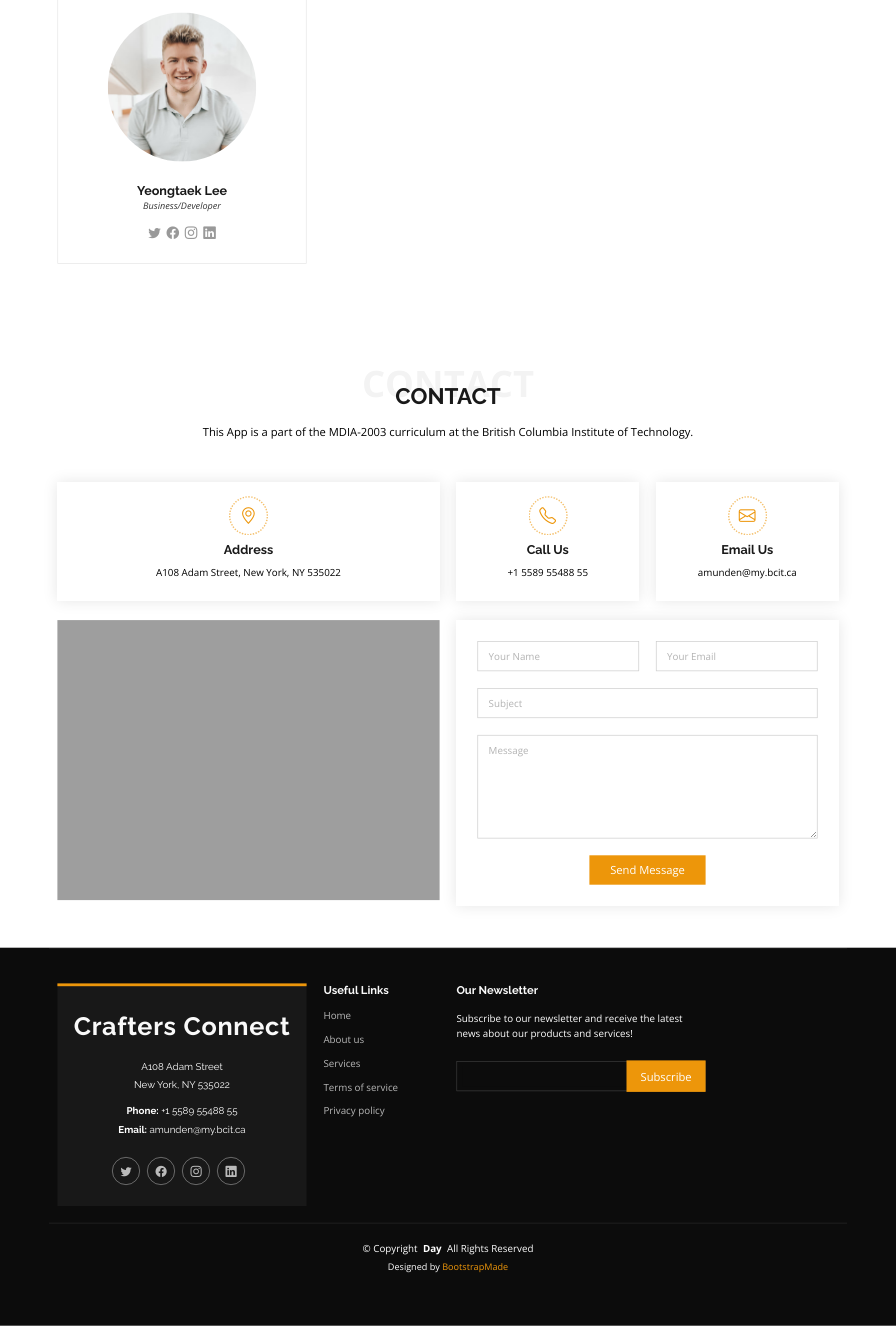
Repository: alemunden/Crafter-Connect-Marketing-Website
Page: index.html
The author's editor kept a copy of each file at every save. The page is drawn from the files as they stood at one save, then again after the next save.
The browser window is 1280 px wide. The pictures show the part of the page from y = 3037 to 4957 px (the page is 4931 px tall before and 4957 px after), at 70% of full size.
Pictures or frames that could not be fetched are drawn as grey boxes. A picture or video elsewhere on the page could not be fetched, so the positions and the page height are approximate.

Above is the page before, as saved 2024-05-14 23:11:54.

### index.html
<!DOCTYPE html>
<html lang="en">

<head>
  <meta charset="utf-8">
  <meta content="width=device-width, initial-scale=1.0" name="viewport">
  <title>Crafters Connect</title>
  <meta content="" name="description">
  <meta content="" name="keywords">

  <!-- Favicons -->
  <link href="assets/img/favicon.png" rel="icon">
  <link href="assets/img/apple-touch-icon.png" rel="apple-touch-icon">

  <!-- Fonts -->
  <link href="https://fonts.googleapis.com" rel="preconnect">
  <link href="https://fonts.gstatic.com" rel="preconnect" crossorigin>
  <link href="https://fonts.googleapis.com/css2?family=Open+Sans:ital,wght@0,300;0,400;0,500;0,600;0,700;0,800;1,300;1,400;1,500;1,600;1,700;1,800&family=Poppins:ital,wght@0,100;0,200;0,300;0,400;0,500;0,600;0,700;0,800;0,900;1,100;1,200;1,300;1,400;1,500;1,600;1,700;1,800;1,900&family=Raleway:ital,wght@0,100;0,200;0,300;0,400;0,500;0,600;0,700;0,800;0,900;1,100;1,200;1,300;1,400;1,500;1,600;1,700;1,800;1,900&display=swap" rel="stylesheet">

  <!-- Vendor CSS Files -->
  <link href="assets/vendor/bootstrap/css/bootstrap.min.css" rel="stylesheet">
  <link href="assets/vendor/bootstrap-icons/bootstrap-icons.css" rel="stylesheet">
  <link href="assets/vendor/aos/aos.css" rel="stylesheet">
  <link href="assets/vendor/swiper/swiper-bundle.min.css" rel="stylesheet">
  <link href="assets/vendor/glightbox/css/glightbox.min.css" rel="stylesheet">

  <!-- Main CSS File -->
  <link href="assets/css/main.css" rel="stylesheet">

  <!-- =======================================================
  * Template Name: Day
  * Template URL: https://bootstrapmade.com/day-multipurpose-html-template-for-free/
  * Updated: May 10 2024 with Bootstrap v5.3.3
  * Author: BootstrapMade.com
  * License: https://bootstrapmade.com/license/
  ======================================================== -->
</head>

<body class="index-page">

  <header id="header" class="header fixed-top">

    <div class="topbar d-flex align-items-center">
      <div class="container d-flex justify-content-center justify-content-md-between">
        <div class="contact-info d-flex align-items-center">
          <i class="bi bi-envelope d-flex align-items-center"><a href="mailto:contact@example.com">contact@crafterconnect.com</a></i>
          <i class="bi bi-phone d-flex align-items-center ms-4"><span>+1 5589 55488 55</span></i>
        </div>
        <div class="social-links d-none d-md-flex align-items-center">
          <a href="#" class="twitter"><i class="bi bi-twitter"></i></a>
          <a href="#" class="facebook"><i class="bi bi-facebook"></i></a>
          <a href="#" class="instagram"><i class="bi bi-instagram"></i></a>
          <a href="#" class="linkedin"><i class="bi bi-linkedin"></i></a>
        </div>
      </div>
    </div><!-- End Top Bar -->

    <div class="branding d-flex align-items-center">

      <div class="container position-relative d-flex align-items-center justify-content-between">
        <a href="index.html" class="logo d-flex align-items-center">
          <!-- Uncomment the line below if you also wish to use an image logo -->
          <!-- <img src="assets/img/logo.png" alt=""> -->
          <h1 class="sitename">Crafters Connect</h1>
        </a>

        <nav id="navmenu" class="navmenu">
          <ul>
            <li><a href="#hero" class="">Home</a></li>
            <li><a href="#about">About</a></li>
            <li><a href="#team">Team</a></li>
            <li><a href="#contact">Contact</a></li>
          </ul>
          <i class="mobile-nav-toggle d-xl-none bi bi-list"></i>
        </nav>
      </div>

    </div>

  </header>

  <main class="main">

    <!-- Hero Section -->
    <section id="hero" class="hero section">

      <img src="assets/img/hero-bg.jpg" alt="" data-aos="fade-in">

      <div class="container" data-aos="fade-up" data-aos-delay="100">
        <div class="row justify-content-start">
          <div class="col-lg-8">
            <h2 class="">Welcome to Crafters Connect</h2>
            <p>A collaborative platform for all things DIY</p>
            <a href="#about" class="btn-get-started">Get Started</a>
          </div>
        </div>
      </div>

    </section><!-- /Hero Section -->

    <!-- About Section -->
    <section id="about" class="about section">

      <!-- Section Title -->
      <div class="container section-title" data-aos="fade-up">
        <span class="">About Us<br></span>
        <h2 class="">About Us<br></h2>
        <p>We want to help make your collaborative projects easier- for everyone.</p>
      </div><!-- End Section Title -->

      <div class="container">

        <div class="row gy-4">

          <div class="col-lg-6 order-1 order-lg-2" data-aos="fade-up" data-aos-delay="100">
            <video src="assets/img/Final.mp4" class="img-fluid" alt="" autoplay muted loop>
          </div>

          <div class="col-lg-6 order-2 order-lg-1 content" data-aos="fade-up" data-aos-delay="200">
            <h3>An All-Purpose App</h3>
            <p class="fst-italic">
              Crafter Connect is an app designed by creators, for creators.
            </p>
            <ul>
              <li><i class="bi bi-check-circle"></i> <span>Real-time editing and sharing of files between collaborators</span></li>
              <li><i class="bi bi-check-circle"></i> <span>Project progress indicators</span></li>
              <li><i class="bi bi-check-circle"></i> <span>A community full of artists and creators ready to share their projects</span></li>
            </ul>
          </div>

        </div>

      </div>

    </section><!-- /About Section -->

    <!-- Cards Section -->
    <section id="cards" class="cards section">

      <div class="container">

        <div class="row no-gutters">

          <div class="col-lg-4 col-md-6 card" data-aos="fade-up" data-aos-delay="100">
            <span>01</span>
            <h4>Create Projects</h4>
            <p>Start a DIY project in our app using our innovative tools such as a built-in tutorial editor and a video section.</p>
          </div><!-- End Card Item -->

          <div class="col-lg-4 col-md-6 card" data-aos="fade-up" data-aos-delay="200">
            <span>02</span>
            <h4>Invite Collaborators</h4>
            <p>Invite other creators and collaborators to work together on something you love.</p>
          </div><!-- End Card Item -->

          <div class="col-lg-4 col-md-6 card" data-aos="fade-up" data-aos-delay="300">
            <span>03</span>
            <h4>Set Milestones</h4>
            <p>Create milestones to gauge your progress in a way that feels more rewarding than just a simple to-do list.</p>
          </div><!-- End Card Item -->

          <div class="col-lg-4 col-md-6 card" data-aos="fade-up" data-aos-delay="400">
            <span>04</span>
            <h4>Manage Your Files</h4>
            <p>Add, remove, and edit files related to your project all in real-time with your fellow collaborators in a shared space.</p>
          </div><!-- End Card Item -->

          <div class="col-lg-4 col-md-6 card" data-aos="fade-up" data-aos-delay="400">
            <span>05</span>
            <h4>Share Your Creations</h4>
            <p>Share your projects with the world, whether it's on our creator community or on other platforms.</p>
          </div><!-- End Card Item -->

          <div class="col-lg-4 col-md-6 card" data-aos="fade-up" data-aos-delay="600">
            <span>06</span>
            <h4>Visit the Community</h4>
            <p>Discover a dedicated community of other creators and their DIY projects in our community posts.</p>
          </div><!-- End Card Item -->

        </div>

      </div>

    </section><!-- /Cards Section -->

    <!-- Call To Action Section -->
    <section id="call-to-action" class="call-to-action section">

      <div class="container">
        <div class="row justify-content-center" data-aos="zoom-in" data-aos-delay="100">
          <div class="col-xl-10">
            <div class="text-center">
              <h3>About our App</h3>
              <p>Crafters Connect is a collaborative platform for any and all Do-It-Yourself projects from home improvement to everyday crafting. Create a central place to share anything and everything about your project, and invite other collaborators to help work with you, share their project, and update important milestones. Once you've completed something, why not share it with the world? Crafters Connect features a community of creators and crafters just like you who are eager to put their creations out there using our dedicated community forum and posts. Whether you are a real hard worker, a casual crafter, or even just someone who likes to help out others, Crafters Connect has a place for you.</p>
            </div>
            <div class="text-center">
              <h3>Links</h3>
              <p>Try out Crafters Connect <a href="https://www.figma.com/proto/7NULAtnjrj1iwbcx0juovm/Crafter-Connect-IDSP?node-id=1-3088&t=H73n4CwWE8gxTK0F-1&scaling=scale-down&page-id=0%3A1&starting-point-node-id=1%3A3088" class="prototype-link">here!</a></p>
            </div>
          </div>
        </div>
      </div>

    </section><!-- /Call To Action Section -->

    <!-- Team Section -->
    <section id="team" class="team section">

      <!-- Section Title -->
      <div class="container section-title" data-aos="fade-up">
        <span class="">Team</span>
        <h2>Team</h2>
        <p>The people behind our app!</p>
      </div><!-- End Section Title -->

      <div class="container">

        <div class="row">

          <div class="col-lg-4 col-md-6 d-flex" data-aos="fade-up" data-aos-delay="100">
            <div class="member">
              <img src="assets/img/team/KateHeadshot.jpg" class="img-fluid" alt="">
              <div class="member-content">
                <h4>Katelyn Starchuk</h4>
                <span>UX/UI/User Research</span>
                <div class="social">
                  <a href=""><i class="bi bi-twitter"></i></a>
                  <a href=""><i class="bi bi-facebook"></i></a>
                  <a href=""><i class="bi bi-instagram"></i></a>
                  <a href=""><i class="bi bi-linkedin"></i></a>
                </div>
              </div>
            </div>
          </div><!-- End Team Member -->

          <div class="col-lg-4 col-md-6 d-flex" data-aos="fade-up" data-aos-delay="200">
            <div class="member">
              <img src="assets/img/team/sandyphoto.jpg" class="img-fluid" alt="">
              <div class="member-content">
                <h4>Sandy San</h4>
                <span>Developer</span>
                <div class="social">
                  <a href=""><i class="bi bi-twitter"></i></a>
                  <a href=""><i class="bi bi-facebook"></i></a>
                  <a href=""><i class="bi bi-instagram"></i></a>
                  <a href=""><i class="bi bi-linkedin"></i></a>
                </div>
              </div>
            </div>
          </div><!-- End Team Member -->

          <div class="col-lg-4 col-md-6 d-flex" data-aos="fade-up" data-aos-delay="300">
            <div class="member">
              <img src="assets/img/team/team-3.jpg" class="img-fluid" alt="">
              <div class="member-content">
                <h4>Alejandra Munden</h4>
                <span>Graphics/Creative Designer</span>
                <div class="social">
                  <a href=""><i class="bi bi-twitter"></i></a>
                  <a href=""><i class="bi bi-facebook"></i></a>
                  <a href=""><i class="bi bi-instagram"></i></a>
                  <a href=""><i class="bi bi-linkedin"></i></a>
                </div>
              </div>
            </div>
          </div><!-- End Team Member -->

          <div class="col-lg-4 col-md-6 d-flex" data-aos="fade-up" data-aos-delay="300">
            <div class="member">
              <img src="assets/img/team/team-3.jpg" class="img-fluid" alt="">
              <div class="member-content">
                <h4>Yeongtaek Lee</h4>
                <span>Business/Developer</span>
                <div class="social">
                  <a href=""><i class="bi bi-twitter"></i></a>
                  <a href=""><i class="bi bi-facebook"></i></a>
                  <a href=""><i class="bi bi-instagram"></i></a>
                  <a href=""><i class="bi bi-linkedin"></i></a>
                </div>
              </div>
            </div>
          </div><!-- End Team Member -->

        </div>

      </div>

    </section><!-- /Team Section -->

    <!-- Contact Section -->
    <section id="contact" class="contact section">

      <!-- Section Title -->
      <div class="container section-title" data-aos="fade-up">
        <span class="">Contact</span>
        <h2 class="">Contact</h2>
        <p>This App is a part of the MDIA-2003 curriculum at the British Columbia Institute of Technology.</p>
      </div><!-- End Section Title -->

      <div class="container" data-aos="fade-up" data-aos-delay="100">

        <div class="row gy-4">

          <div class="col-lg-6">
            <div class="info-item d-flex flex-column justify-content-center align-items-center" data-aos="fade-up" data-aos-delay="200">
              <i class="bi bi-geo-alt"></i>
              <h3>Address</h3>
              <p>A108 Adam Street, New York, NY 535022</p>
            </div>
          </div><!-- End Info Item -->

          <div class="col-lg-3 col-md-6">
            <div class="info-item d-flex flex-column justify-content-center align-items-center" data-aos="fade-up" data-aos-delay="300">
              <i class="bi bi-telephone"></i>
              <h3>Call Us</h3>
              <p>+1 5589 55488 55</p>
            </div>
          </div><!-- End Info Item -->

          <div class="col-lg-3 col-md-6">
            <div class="info-item d-flex flex-column justify-content-center align-items-center" data-aos="fade-up" data-aos-delay="400">
              <i class="bi bi-envelope"></i>
              <h3>Email Us</h3>
              <p>amunden@my.bcit.ca</p>
            </div>
          </div><!-- End Info Item -->

        </div>

        <div class="row gy-4 mt-1">
          <div class="col-lg-6" data-aos="fade-up" data-aos-delay="300">
            <iframe src="https://www.google.com/maps/embed?pb=!1m14!1m8!1m3!1d48389.78314118045!2d-74.006138!3d40.710059!3m2!1i1024!2i768!4f13.1!3m3!1m2!1s0x89c25a22a3bda30d%3A0xb89d1fe6bc499443!2sDowntown%20Conference%20Center!5e0!3m2!1sen!2sus!4v1676961268712!5m2!1sen!2sus" frameborder="0" style="border:0; width: 100%; height: 400px;" allowfullscreen="" loading="lazy" referrerpolicy="no-referrer-when-downgrade"></iframe>
          </div><!-- End Google Maps -->

          <div class="col-lg-6">
            <form action="forms/contact.php" method="post" class="php-email-form" data-aos="fade-up" data-aos-delay="400">
              <div class="row gy-4">

                <div class="col-md-6">
                  <input type="text" name="name" class="form-control" placeholder="Your Name" required="">
                </div>

                <div class="col-md-6 ">
                  <input type="email" class="form-control" name="email" placeholder="Your Email" required="">
                </div>

                <div class="col-md-12">
                  <input type="text" class="form-control" name="subject" placeholder="Subject" required="">
                </div>

                <div class="col-md-12">
                  <textarea class="form-control" name="message" rows="6" placeholder="Message" required=""></textarea>
                </div>

                <div class="col-md-12 text-center">
                  <div class="loading">Loading</div>
                  <div class="error-message"></div>
                  <div class="sent-message">Your message has been sent. Thank you!</div>

                  <button type="submit">Send Message</button>
                </div>

              </div>
            </form>
          </div><!-- End Contact Form -->

        </div>

      </div>

    </section><!-- /Contact Section -->

  </main>

  <footer id="footer" class="footer position-relative">

    <div class="container footer-top">
      <div class="row gy-4">
        <div class="col-lg-4 col-md-6">
          <div class="footer-about">
            <a href="index.html" class="logo sitename">Crafters Connect</a>
            <div class="footer-contact pt-3">
              <p>A108 Adam Street</p>
              <p>New York, NY 535022</p>
              <p class="mt-3"><strong>Phone:</strong> <span>+1 5589 55488 55</span></p>
              <p><strong>Email:</strong> <span>amunden@my.bcit.ca</span></p>
            </div>
            <div class="social-links d-flex mt-4">
              <a href=""><i class="bi bi-twitter"></i></a>
              <a href=""><i class="bi bi-facebook"></i></a>
              <a href=""><i class="bi bi-instagram"></i></a>
              <a href=""><i class="bi bi-linkedin"></i></a>
            </div>
          </div>
        </div>

        <div class="col-lg-2 col-md-3 footer-links">
          <h4>Useful Links</h4>
          <ul>
            <li><a href="#">Home</a></li>
            <li><a href="#">About us</a></li>
            <li><a href="#">Services</a></li>
            <li><a href="#">Terms of service</a></li>
            <li><a href="#">Privacy policy</a></li>
          </ul>
        </div>

        <div class="col-lg-4 col-md-12 footer-newsletter">
          <h4>Our Newsletter</h4>
          <p>Subscribe to our newsletter and receive the latest news about our products and services!</p>
          <form action="forms/newsletter.php" method="post" class="php-email-form">
            <div class="newsletter-form"><input type="email" name="email"><input type="submit" value="Subscribe"></div>
            <div class="loading">Loading</div>
            <div class="error-message"></div>
            <div class="sent-message">Your subscription request has been sent. Thank you!</div>
          </form>
        </div>

      </div>
    </div>

    <div class="container copyright text-center mt-4">
      <p>© <span>Copyright</span> <strong class="px-1 sitename">Day</strong> <span>All Rights Reserved</span></p>
      <div class="credits">
        <!-- All the links in the footer should remain intact. -->
        <!-- You can delete the links only if you've purchased the pro version. -->
        <!-- Licensing information: https://bootstrapmade.com/license/ -->
        <!-- Purchase the pro version with working PHP/AJAX contact form: [buy-url] -->
        Designed by <a href="https://bootstrapmade.com/">BootstrapMade</a>
      </div>
    </div>

  </footer>

  <!-- Scroll Top -->
  <a href="#" id="scroll-top" class="scroll-top d-flex align-items-center justify-content-center"><i class="bi bi-arrow-up-short"></i></a>

  <!-- Preloader -->
  <div id="preloader"></div>

  <!-- Vendor JS Files -->
  <script src="assets/vendor/bootstrap/js/bootstrap.bundle.min.js"></script>
  <script src="assets/vendor/php-email-form/validate.js"></script>
  <script src="assets/vendor/aos/aos.js"></script>
  <script src="assets/vendor/swiper/swiper-bundle.min.js"></script>
  <script src="assets/vendor/glightbox/js/glightbox.min.js"></script>
  <script src="assets/vendor/imagesloaded/imagesloaded.pkgd.min.js"></script>
  <script src="assets/vendor/isotope-layout/isotope.pkgd.min.js"></script>

  <!-- Main JS File -->
  <script src="assets/js/main.js"></script>

</body>

</html>

Loaded but not shown: assets/vendor/bootstrap/css/bootstrap.min.css (library); assets/vendor/bootstrap-icons/bootstrap-icons.css (library); assets/vendor/aos/aos.css (library); assets/vendor/swiper/swiper-bundle.min.css (library); assets/vendor/glightbox/css/glightbox.min.css (library); assets/vendor/bootstrap/js/bootstrap.bundle.min.js (library); assets/vendor/php-email-form/validate.js (common file); assets/vendor/aos/aos.js (library); assets/vendor/swiper/swiper-bundle.min.js (library); assets/vendor/glightbox/js/glightbox.min.js (library); assets/vendor/imagesloaded/imagesloaded.pkgd.min.js (library); assets/vendor/isotope-layout/isotope.pkgd.min.js (library); assets/js/main.js (198 lines, source omitted); assets/css/main.css (1703 lines, source omitted)

After the next save:
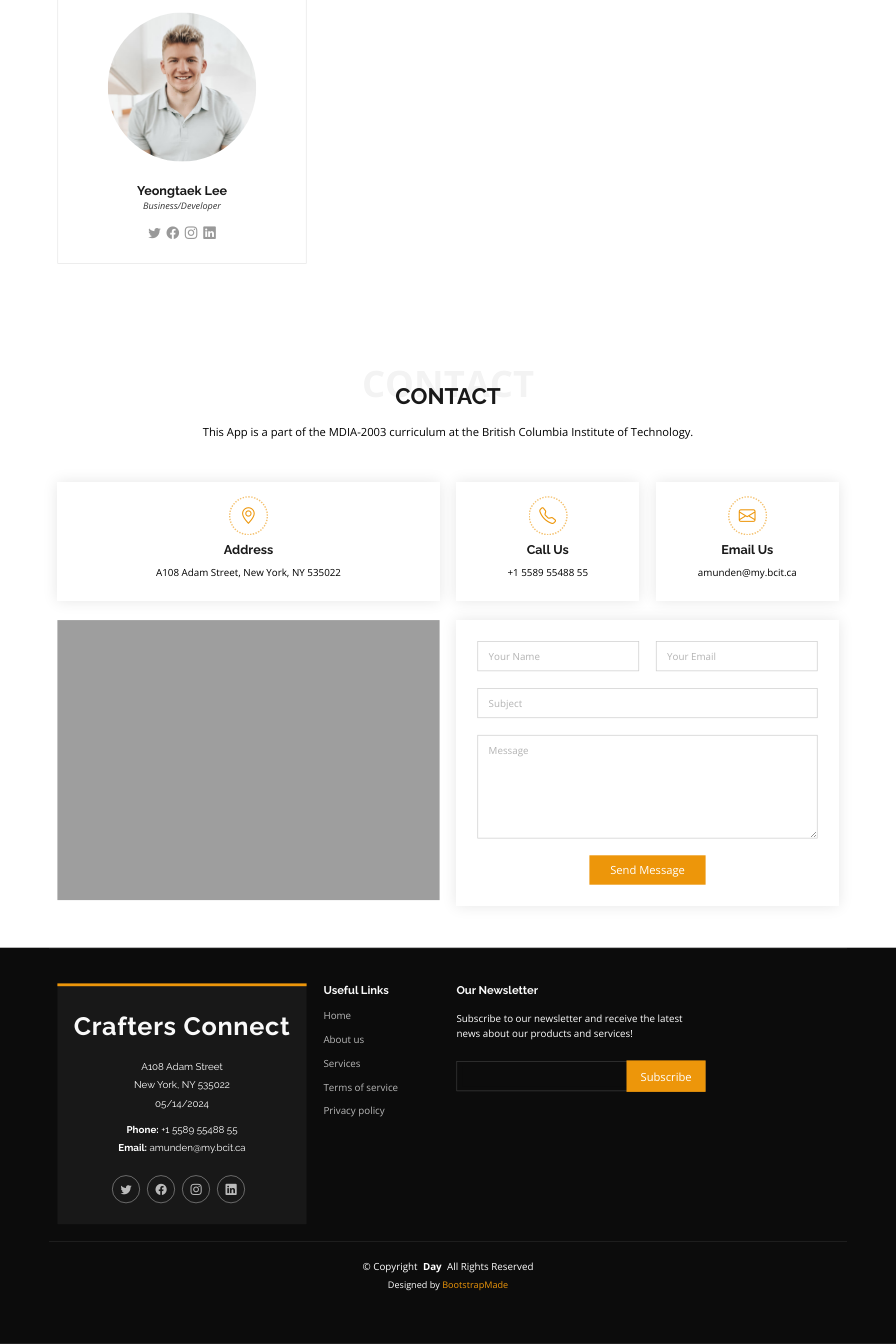
Saved 48 s later.
--- a/index.html
+++ b/index.html
@@ -382,6 +382,7 @@
             <div class="footer-contact pt-3">
               <p>A108 Adam Street</p>
               <p>New York, NY 535022</p>
+              <p>05/14/2024</p>
               <p class="mt-3"><strong>Phone:</strong> <span>+1 5589 55488 55</span></p>
               <p><strong>Email:</strong> <span>amunden@my.bcit.ca</span></p>
             </div>
